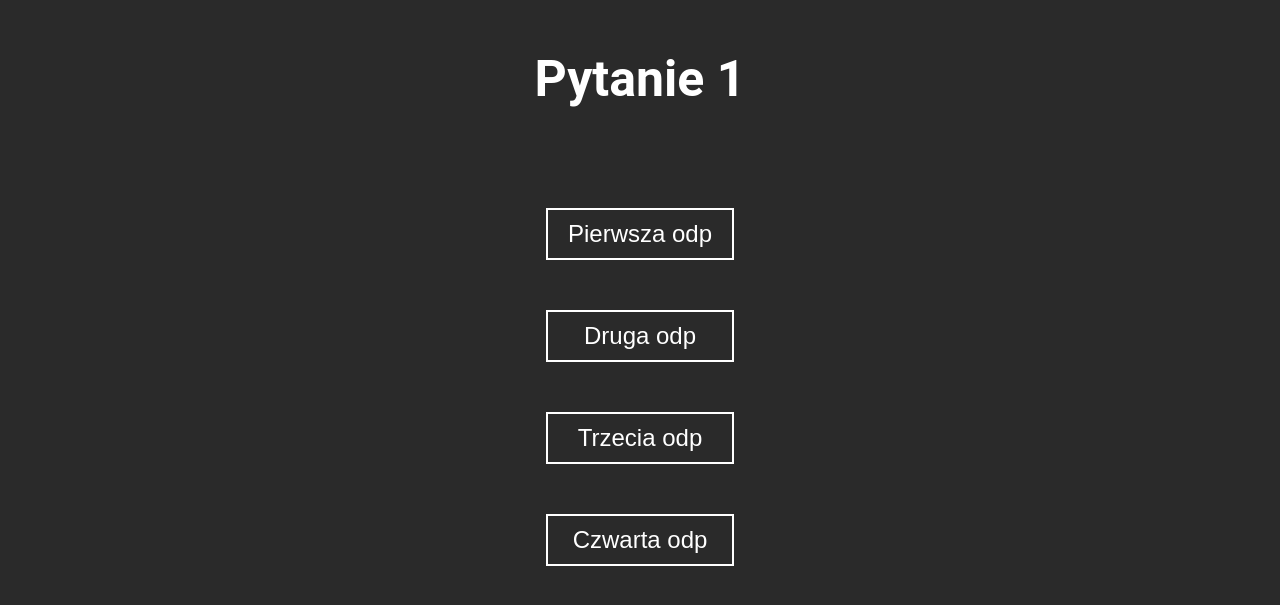
Repository: BaczkiewiczDawid/weatherApp
Page: index.html
These files come from the project's save history. The page is drawn as it stood at one moment and after the next save; the edit follows.
The browser window is 1280 px wide. The pictures show the whole page.
The pointer rests on the first visible `button`.

Above is the page before, as saved 2020-02-22 18:32:05.

### index.html
<!DOCTYPE html>
<head>
    <link rel="stylesheet" href="style.css">
    <link href="https://fonts.googleapis.com/css?family=Montserrat:300,400,500,700,900&display=swap" rel="stylesheet">
    <meta name="viewport" content="width=device-width, initial-scale=1.0">
    <meta charset="UTF-8">
</head>
<body>
    <h1>Pytanie 1</h1>
    <div class="ask">
        <button class="buttonFirst" type="button">Pierwsza odp</button>
        <button class="buttonTwo" type="button">Druga odp</button>
        <button class="buttonThree" type="button">Trzecia odp</button>
        <button class="buttonFour" type="button">Czwarta odp</button>
    </div>
    <script src="app.js"></script>
</body>

### style.css
* {
    margin: 0;
    padding: 0;
    box-sizing: border-box;
}
body, html {
    background: #2a2a2a;
    font-family: 'Roboto', sans-serif;
}
h1 {
    color: white;
    font-size: 50px;
    display: flex;
    text-align: center;
    justify-content: center;
    margin-top: 50px;
}
.ask {
    display: grid;
    justify-content: center;
    margin-top: 50px;
}
button {
    background: transparent;
    color: white;
    border: 2px solid white;
    padding: 10px 20px;
    margin-top: 50px;
    font-size: 24px;
    cursor: pointer;
}

Loaded but not shown: app.js (no copy from this time; the picture is the same without it)

After the next save:
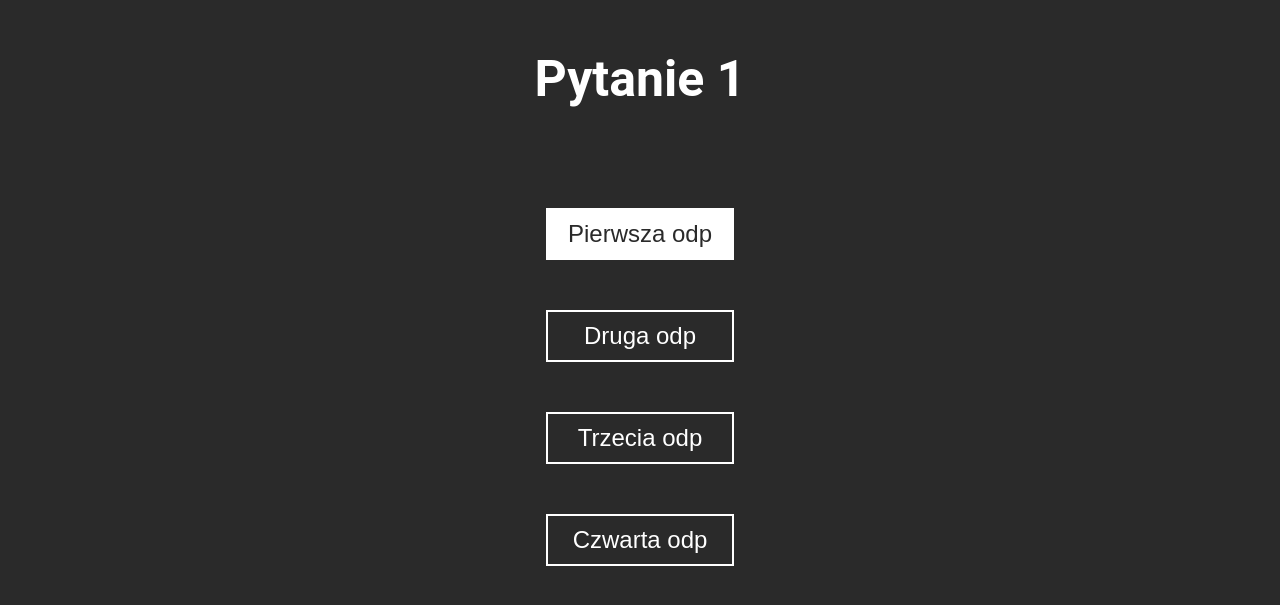
Saved 65 s later.
--- a/style.css
+++ b/style.css
@@ -29,3 +29,8 @@ button {
     font-size: 24px;
     cursor: pointer;
 }
+button:hover {
+    background: white;
+    color: #2a2a2a;
+    transform: 1s;
+}
